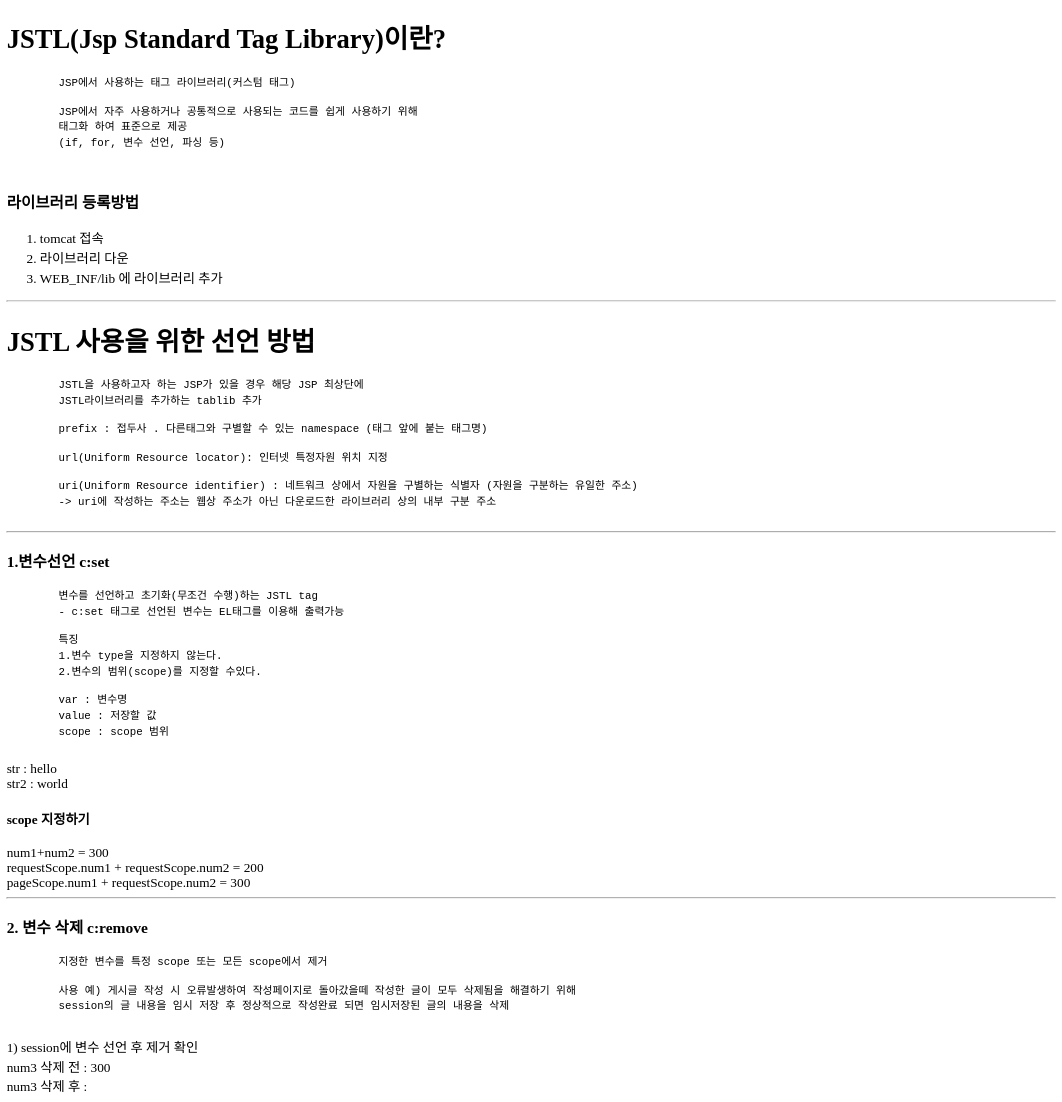
Repository: Seenee-Shin/servlet-jsp
Page: http://localhost/JSPProject/05_JSTL_1.jsp
The author's editor kept a copy of each file at every save. The page is drawn from the files as they stood at one save, then again after the next save.
The browser window is 1280 px wide. The pictures show the whole page, at 83% of full size.
The page is served by Tomcat 9.

Above is the page before, as saved 2021-11-30 01:46:27.

After the next save:
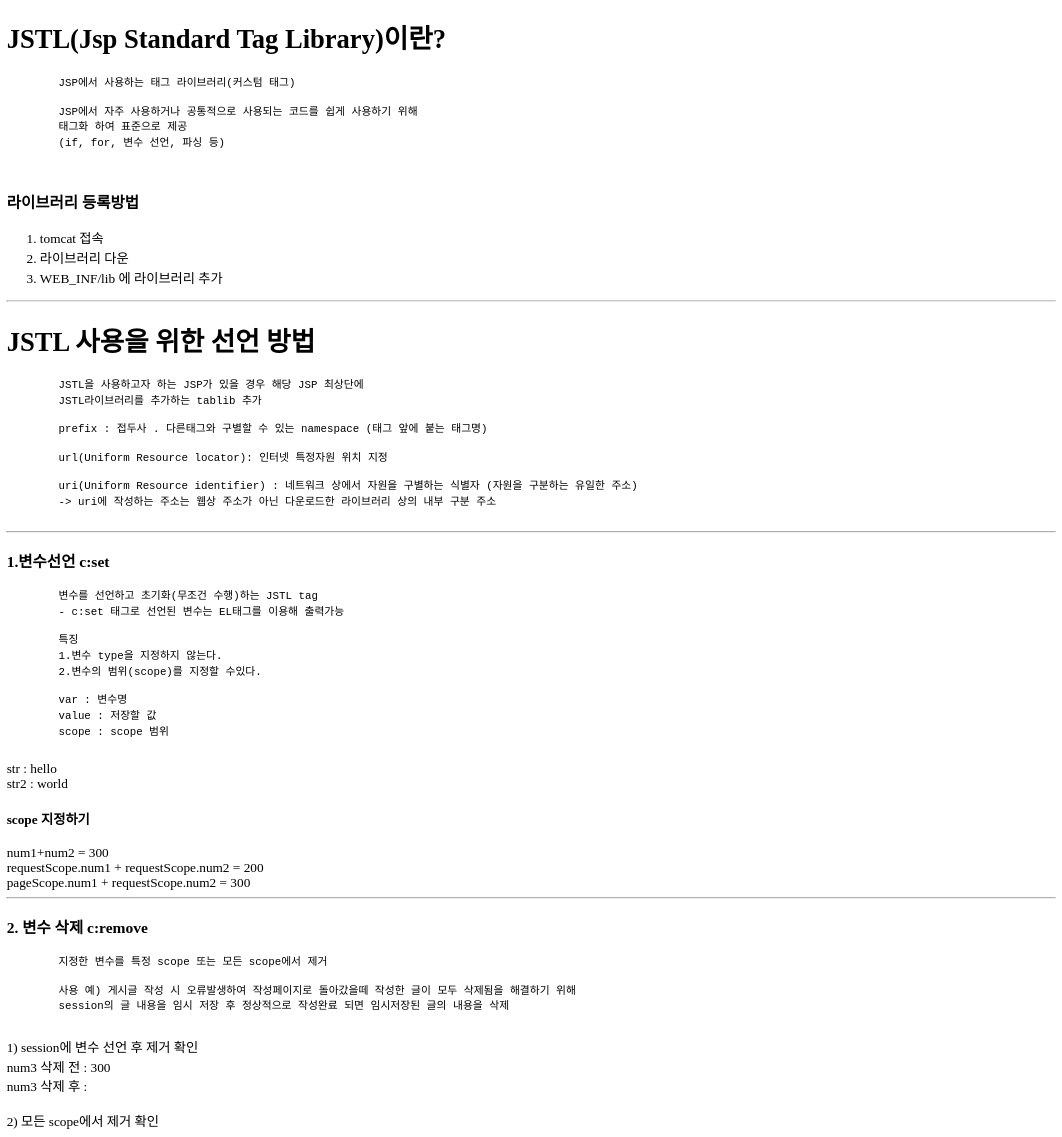
Saved 2 min 5 s later.
--- a/JSPProject/src/main/webapp/05_JSTL_1.jsp
+++ b/JSPProject/src/main/webapp/05_JSTL_1.jsp
@@ -83,5 +83,11 @@
 	num3 삭제 전 : ${sessionScope.num3} <br>
 	<c:remove var="num3" scope="session"/> <!--session의 num3제거  -->
 	num3 삭제 후 : ${sessionScope.num3} <br>
+	<br>
+	2) 모든 scope에서 제거 확인 <br>
+	<c:set var="num4" value="400"/> <!-- page scope -->
+	<c:set var="num4" value="4000" scope="request"/> <!-- page scope -->
+	<c:set var="num4" value="40000" scope="session"/> <!-- page scope -->
+	<c:set var="num4" value="400000" scope="application"/> <!-- page scope -->
 </body>
 </html>
